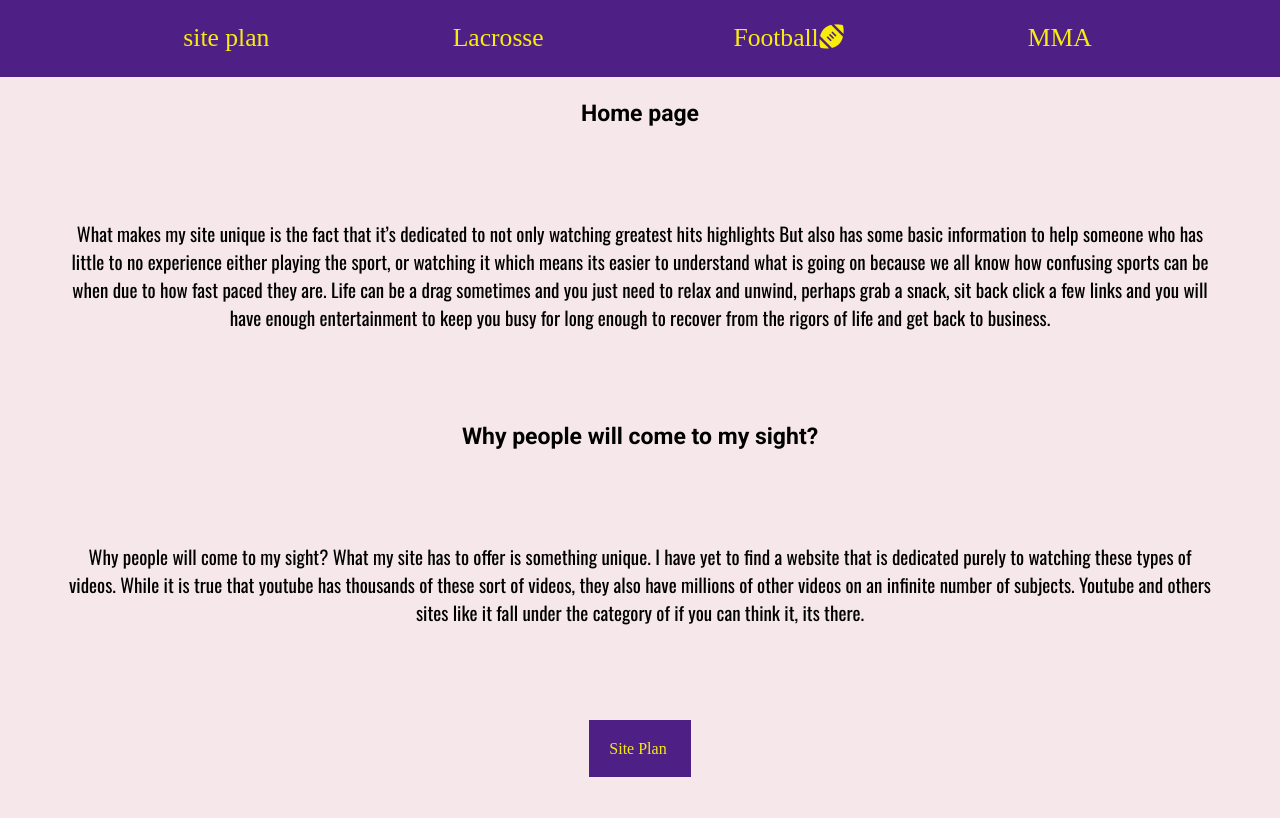
Repository: nak97/personal-site
Page: index.html
These files come from the project's save history. The page is drawn as it stood at one moment and after the next save; the edit follows.
The browser window is 1280 px wide. The pictures show the whole page.
Some icons come from a web library that is not loaded, so they are not drawn. Some web libraries are served in a nearby version.

Above is the page before, as saved 2023-03-19 09:54:09.

### index.html
<!DOCTYPE html>
<html lang="en">
<head>
  <meta charset="UTF-8">
  <meta http-equiv="X-UA-Compatible" content="IE=edge">
  <meta name="viewport" content="width=device-width, initial-scale=1.0">
  <link rel="stylesheet" href="personal-site.css">
  <link href="https://fonts.googleapis.com/css2?family=Oswald:wght@200&family=Roboto:wght@700&display=swap" rel="stylesheet">
  <link href="https://fonts.googleapis.com/css2?family=Oswald:wght@200;400&family=Roboto:wght@700&display=swap" rel="stylesheet">
<link rel="preconnect" href="https://fonts.gstatic.com" crossorigin>
  <script src="https://kit.fontawesome.com/615002bc5f.js" crossorigin="anonymous"></script>
  <title> Home</title>
</head>
<body>
  <nav>
    <a href="site-plan.html">site plan</a>
    <a href="lacrosse.html" target="_blank">Lacrosse <i class="fa-solid fa-lacrosse-stick-ball"></i></a>
    <a href="football.html" target="_blank">Football<i class="fa-solid fa-football"></i></a>
    <a href="mma.html" target="_blank">MMA  <i class="fa-solid fa-boxing-glove"></i></a>
  </nav>
<section class="home">
<h3>Home page</h3>
      <p class="p1">
        What makes my site unique is the fact that it’s dedicated to not only watching greatest hits highlights But also has some basic information to help someone who has little to no experience either playing the sport, or watching it which means its easier to understand what is going on because we all know how confusing sports can be when due to how fast paced they are.
        Life can be a drag sometimes and you just need to relax and unwind, perhaps grab a snack,
        sit back click a few links and you will have enough entertainment to keep you busy for long enough to recover from the rigors of life and get back to business.
      </p>
      <h3>Why people will come to my sight?</h3>
      <p class="p2">
        Why people will come to my sight?
        What my site has to offer is something unique. I have yet to find a website that is dedicated purely to watching these types of videos.
        While it is true that youtube has thousands of these sort of videos, they also have millions of other videos on an infinite number of subjects. Youtube and others sites
        like it fall under the category of if you can think it, its there.
      </p>
    </section>

    <footer><a href="site-plan.html"> Site Plan <i class="fa-solid fa-ruler-triangle"></i></a></footer>
</body>
</html>

### personal-site.css

body{
  background-color: #F6E8EA;
  padding: 0 ;
  margin: 0;
}

 h3 {
  font-family: 'Roboto', sans-serif;
  font-size: 23px;
}

p {
  font-family: 'Oswald', sans-serif;
  font-size: 19px;
}

  .container {display: grid;}

a{text-decoration: none;}

.home h3 {
  text-align: center;
}

.home .p1 {
  padding: 69px;
}

.home .p2 {
  padding: 69px;
}

nav{
  display: flex;
  justify-content: space-evenly;
  background-color: #4e2086;
  line-height: 3em;
  text-align: center;
  font-size: 1.6em;
}

nav a { color: #f8ec0d;}

nav a:hover {color: #F45B69;}

.lacrosse h3, p {text-align: center;}

.lacrosse p {padding: 0px 121px;}

.lacrosse { margin: 43px 0;}

.Laxvideos{
  margin-top: 20px;
  display: flex;
  justify-content: space-evenly;
  text-align: center;
  background-color: #F45B69;
  padding-top: 40px;
}

.rules{margin: 50px 0;}

.rules h3, p {text-align: center;}

.rules p {padding: 0px 121px;}

.LaxImages {
  background-color: #4e2086;
}

.LaxImages p {color:#f8ec0d;
}

.images {
  display: flex;
  justify-content: space-between;
  padding-top: 54px;
}

.img1{margin-left: 105px;}

.img1 p {text-align: center; }

.img2 {margin-left: 312px;}

.img2 p{
  text-align: center;
  margin-right: 70px;
}

.img-1{
  margin-left: 40px;
  width: 400px;
  height: 300px;}

.img-2{
  margin-left: 16px;
  width: 400px;
  height: 300px;
}

footer{
margin-top: 45px;
text-align: center;
margin-bottom: 60px;}

footer a {
  background-color: #4e2086;
  color: #f8ec0d;
  padding: 20px;
}

footer a:hover {
  color: #F45B69;
}

After the next save:
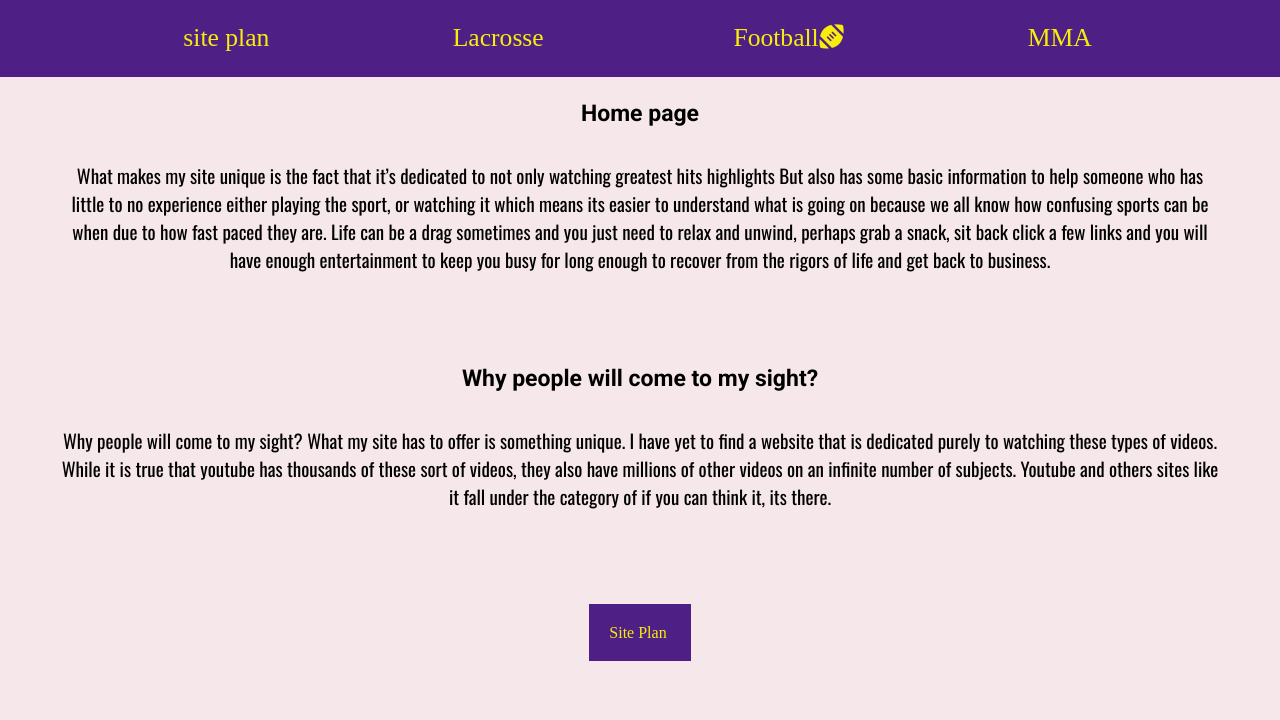
Saved 3 min 0 s later.
--- a/personal-site.css
+++ b/personal-site.css
@@ -24,12 +24,13 @@ a{text-decoration: none;}
 }
 
 .home .p1 {
-  padding: 69px;
+  padding: 11px 60px 69px;
 }
 
 .home .p2 {
-  padding: 69px;
+  padding: 11px 60px 69px;
 }
+
 
 nav{
   display: flex;
